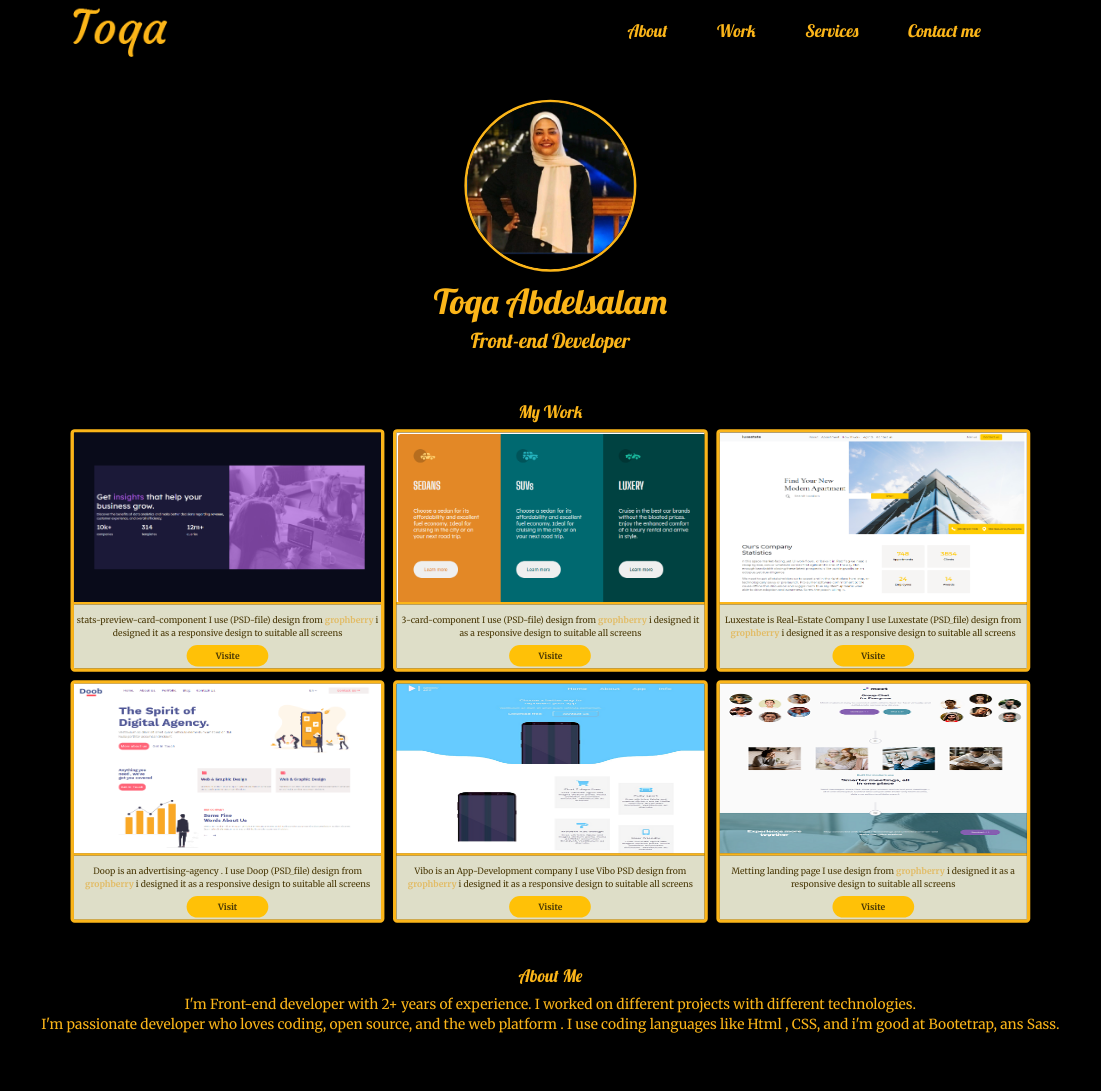
Repository: Toqa-25/portfolio
Page: index.html
The author's editor kept a copy of each file at every save. The page is drawn from the files as they stood at one save, then again after a run of saves.
The browser window is 1280 px wide. The pictures show the whole page, at 86% of full size.
The pointer rests on the first visible `.card img`.
Some web fonts or font styles are not loaded; a fallback is used.

Above is the page before, as saved 2021-10-31 14:53:13.

### index.html
<!DOCTYPE html>
<html lang="en">
<head>
    <meta charset="UTF-8">
    <meta http-equiv="X-UA-Compatible" content="IE=edge">
    <meta name="viewport" content="width=device-width, initial-scale=1.0">
    <title>Toqa Portfolio</title>
      <!-- bootstrap file -->
      <link rel="stylesheet" href="css/all.min.css">
      <link rel="stylesheet" href="css/bootstrap.css">
      <!-- css file -->
      <link rel="stylesheet" href="css/style.css">
      <!-- fonts -->
      <link rel="preconnect" href="https://fonts.googleapis.com">
<link rel="preconnect" href="https://fonts.gstatic.com" crossorigin>
<link href="https://fonts.googleapis.com/css2?family=Lobster&family=Otomanopee+One&display=swap" rel="stylesheet">
<link rel="preconnect" href="https://fonts.googleapis.com">
<link rel="preconnect" href="https://fonts.gstatic.com" crossorigin>
<link href="https://fonts.googleapis.com/css2?family=Merriweather:ital,wght@0,300;0,400;0,700;0,900;1,300;1,400;1,700;1,900&display=swap" rel="stylesheet">
<link rel="preconnect" href="https://fonts.googleapis.com">
<link rel="preconnect" href="https://fonts.gstatic.com" crossorigin>
<link href="https://fonts.googleapis.com/css2?family=Bebas+Neue&family=Oswald:wght@200;300;400;500;600;700&display=swap" rel="stylesheet">
</head>
<body>
    <header class="section">
       <nav class="container">
           <img src="images/logo.png" alt="logo">
       <ul class="list">
           <li>About</li>
           <li>Work</li>
           <li>Services</li>
           <li>Contact me</li>
           <!-- <li>Reviews</li> -->
       </ul>
       <div role="navigation">
      <svg xmlns="http://www.w3.org/2000/svg" width="35" height="35" fill="#fbb519" class="bi bi-list" viewBox="0 0 16 16">
        <path fill-rule="evenodd" d="M2.5 12a.5.5 0 0 1 .5-.5h10a.5.5 0 0 1 0 1H3a.5.5 0 0 1-.5-.5zm0-4a.5.5 0 0 1 .5-.5h10a.5.5 0 0 1 0 1H3a.5.5 0 0 1-.5-.5zm0-4a.5.5 0 0 1 .5-.5h10a.5.5 0 0 1 0 1H3a.5.5 0 0 1-.5-.5z"/>
      </svg>
      <ul class="hidden">
        <li>About</li>
        <li>Work</li>
        <li>Services</li>
        <li>Contact me</li>
        <!-- <li>Reviews</li> -->
      </ul>
      </div>
    </nav>

    </header>
    <div class="my-image section">
      <div class="quik  " role="main">
        <div>
        <img src="images/toqa.jpg" alt=""><br>
        <h1>Toqa Abdelsalam</h1>
        <h4>Front-end Developer</h4>
      </div>
      </div>
    </div>

      <section class="section container work">
      <h5>My Work</h5>
      <div class="card-groups">
      <div class="project card" role="menu">
        <img src="images/toqa-25.github.io_stats-preview-card-component-main_.png" alt="">
        <p>stats-preview-card-component
      I use  (PSD-file) design from <span> <a href="https://www.frontendmentor.io/">grophberry</a></span>
  i designed it as a responsive design to suitable all screens <br>
  <button><a href="https://toqa-25.github.io/stats-preview-card-component-main/">Visite</a></button>
 </p>
 </div>
      <div class="project card" role="menu">
        <img src="images/toqa-25.github.io_3-cards-component3_.png" alt="">
        <p>3-card-component
      I use (PSD-file) design from <span> <a href="https://www.frontendmentor.io/">grophberry</a></span>
  i designed it as a responsive design to suitable all screens <br>
  <button><a href="https://toqa-25.github.io/3-cards-component/">Visite</a></button>
 </p>
 </div>
      <div class="project card" role="menu">
          <img src="images/destop-luxestate - Copy (1).png" alt="">
          <p>Luxestate is Real-Estate Company
        I use Luxestate (PSD_file) design from <span> <a href="https://www.graphberry.com/">grophberry</a></span>
    i designed it as a responsive design to suitable all screens <br>
    <button><a href="https://toqa-25.github.io/luxstate-project-/">Visite</a></button>
   </p>
   </div>
      <div class="project card" role="menu">
          <img src="images/web_design.png" alt="">
          <p>Doop is an advertising-agency .
        I use Doop (PSD_file) design from <span> <a href="https://www.graphberry.com/">grophberry</a></span>
    i designed it as a responsive design to suitable all screens <br>
    <button><a href="https://toqa-25.github.io/simply-agency/">Visit </a></button>
   </p>
   </div>
      <div class="project card" role="menu">
        <img src="images/Vibo_App(desktop)_toqa-25.github.io2.png" alt="">
          <p>Vibo is an App-Development company
        I use Vibo PSD design from <span> <a href="https://www.graphberry.com/">grophberry</a></span>
    i designed it as a responsive design to suitable all screens <br>
    <button><a href="https://toqa-25.github.io/vibo-app/">Visite</a></button>
   </p>
   </div>
   <div class="project card" role="menu">
    <img src="images/toqa-25.github.io_landing-meeting-page_desktop.png" alt="">
    <p>Metting landing page
  I use  design from <span> <a href="https://www.frontendmentor.io/">grophberry</a></span>
i designed it as a responsive design to suitable all screens <br>
<button><a href="https://toqa-25.github.io/landing-meeting-page/">Visite</a></button>
</p>
</div>
   </div>
      </section>

      <section class="section about">

          <h5>About Me</h5>
      <p> I'm Front-end developer with 2+ years of experience. I worked on different projects with different technologies. <br>
       I'm passionate developer who loves coding, open source, and the web platform .
       I use coding languages like Html , CSS, and i'm good at Bootetrap, ans Sass. </p>
      </section>

</body>
</html>

### css/style.css
/* Root value */
:root{
    --main-color:#fbb519;
    --section-padding:50px;
}
/* global value */
*{
    box-sizing: border-box;
    margin: 0;
    padding: 0;

}

/* my  style */
body{
    font-family: 'Merriweather', serif;
    background-color: black;
    /* font-family: 'Otomanopee One', sans-serif; */
    /* font-family: 'Oswald', sans-serif; */
    color:var(--main-color)
}
.section{
    padding-bottom: var(--section-padding);
}
.container
{
  width: 100%;
  padding-right: 0.75rem;
  padding-left: 0.75rem;
  margin-right: auto;
  margin-left: auto;
}
 .section h5{
    text-align: center;
    font-family: 'Lobster';

 }

@media (min-width: 576px) {
 .container {
    max-width: 540px;
  }
}
@media (min-width: 768px) {
   .container {
    max-width: 720px;
  }
}
@media (min-width: 992px) {
   .container {
    max-width: 960px;
  }
}
@media (min-width: 1200px) {
 .container {
    max-width: 1140px;
  }
}
@media (min-width: 1400px) {
   .container {
    max-width: 1320px;
  }
}
 /* start header part */
 header{
    font-family: 'Lobster', cursive;

   /* background-image: url(../images/ferenc-almasi-eYpcLDXHVb0-unsplash.jpg);
   background-size: cover;*/
 }
 nav{
      display: flex;
    justify-content: space-between;
    align-items: center;
    /* background-color: black; */
 }
  nav img{
     margin-top:10px;
 }
 nav .list{
     width: 50%;
    margin-top:20px;
    list-style: none;
    color:var(--main-color);
    display: flex;
    justify-content: space-evenly;
    cursor: pointer;
    font-size: 20px;
 }
 nav .list li:hover{
  padding:5px;
  font-size: 30px;
 }
 @media (max-width: 768px){
  nav .list {
      display: none;
  }
  div{
      display: block;
      padding: 15px;
  }
  .quik h2{
    font-size: 20px;
    line-height: 2rem;
  }
  .quik img{
    width: 100px;
    height: 100px;
 }
}
 @media (min-width: 768px){
     nav div{
         display: none;

     }
 }
 div:hover  .hidden {
     display: block;
     color:var(--main-color);
     position: absolute;
     right: 44px;
     top: 37px;
     background-color: #f5f5dc91;
     list-style: none;
     border-radius: 8px;
     padding: 10px;

 }
 .hidden{
    display: none;

}
.hidden li:hover{
 padding: 5px;
 font-size: 25px;
}
 .quik{
    color: var(--main-color);
    text-align: center;
    /* background-image: url(../images/mohammad-rahmani-8qEB0fTe9Vw-unsplash.jpg); */
    height: 300px;
    display: flex;
    align-items: center;
    justify-content: center;
    /* font-family: 'Bebas Neue', cursive; */
     /* font-family: 'Oswald', sans-serif; */
     font-family: 'Lobster', cursive;


 }
 .quik img{
     width: 200px;
     height: 200px;
     border:3px solid;
     border-radius: 50%;
     -webkit-border-radius: 50%;
     -moz-border-radius: 50%;
     -ms-border-radius: 50%;
     -o-border-radius: 50%;
     margin-bottom: 10px;
}
 h2{
    color: #dad3d3;
    text-transform: uppercase;
    line-height: 3rem;
 }
 span{
     color:var(--main-color)
 }
 .card-groups{
     display: grid;
    grid-template-columns:repeat(auto-fit, minmax(300px, 1fr));
    gap:10px;
 }
 .work h5{
    text-align: center;
    font-family: 'Lobster';
 }
.card {
    width: 100%;
    height: 100%;
    position: relative;
    display: flex;
    flex-direction: column;
    min-width: 0;
    word-wrap: break-word;
    background-color: black;
    background-clip: border-box;
    border: 4px solid var(--main-color);
    border-radius: 0.3rem;
}

.card img{
    width:100%;
    height: 200px;
    border-bottom: 3px solid;
}
.card img:hover{
   transform: ;
   -webkit-transform:;
   -moz-transform:;
   -ms-transform:;
   -o-transform:;
}
.card p{
    margin-bottom: 1rem;
    background-color: black;
    font-size: 10px;
    padding: 2px;
    margin: 0px;
    margin-top: 0px;
    width: 100%;
    height: 100%;
    text-align: center;
    color:#483705;
    background-color: #f5f5dce8;
    padding-top: 10px;

}
.card p a{
    text-decoration: none;
    color: #e2bc66;
    font-weight: bolder;
}
.card p:hover{

}

.card button{
    width: 95px;
    text-align: center;
    background-color: #ffc107;
    border: none;
    border-radius: 15px;
    padding: 5px;
    margin-top: 7px;
}
.card button:hover{
    width:120px;
    padding: 10px;
}
.card button a{
    text-decoration: none;
    color: #483705;
}

.about{
    text-align: center;

}

Loaded but not shown: css/all.min.css (library); css/bootstrap.css (library)

After the next 2 saves:
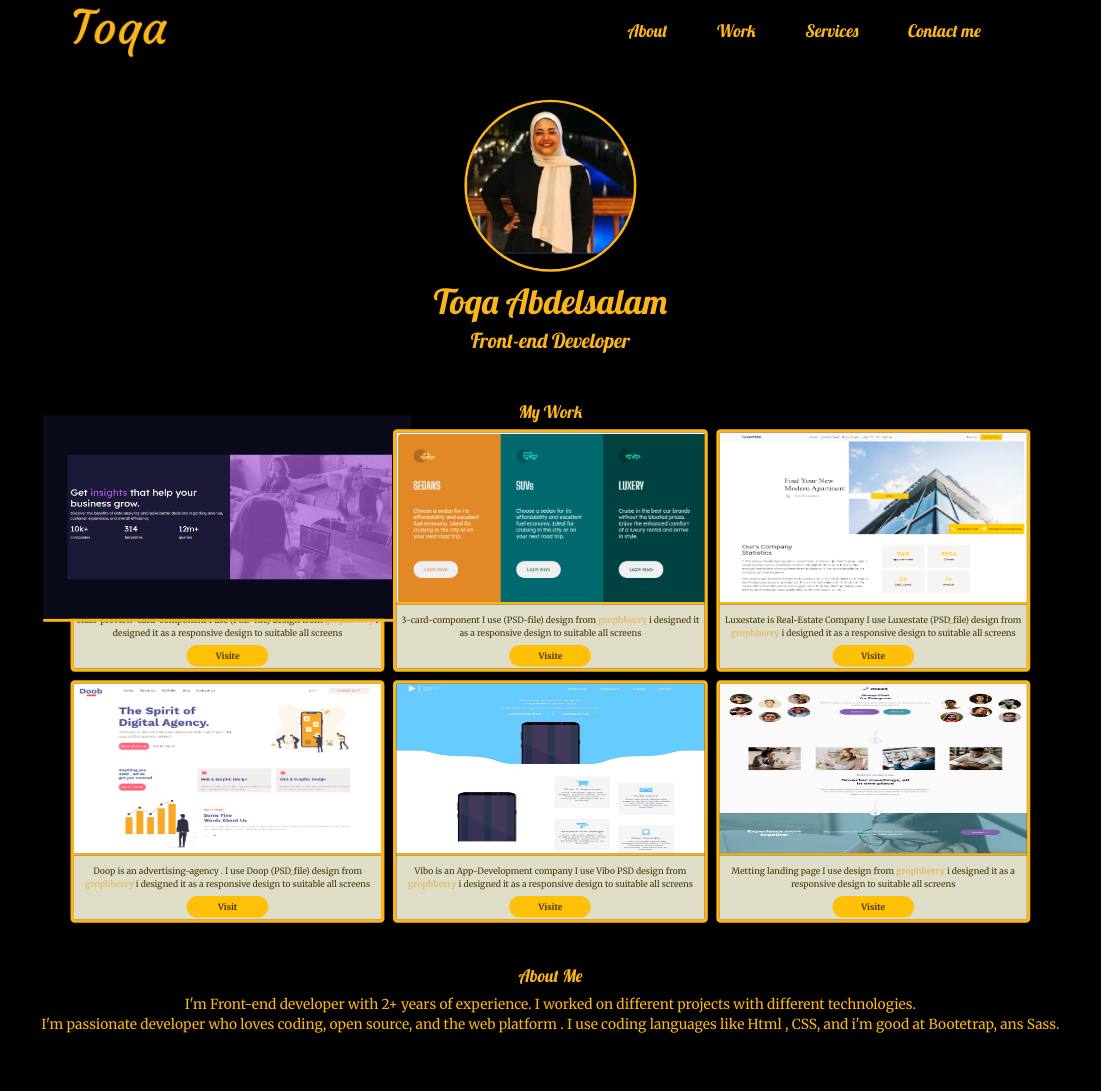
The 2 saves are shown as one change because they came seconds apart.
The last was saved 8 s later.
--- a/css/style.css
+++ b/css/style.css
@@ -196,11 +196,11 @@ body{
     border-bottom: 3px solid;
 }
 .card img:hover{
-   transform: ;
-   -webkit-transform:;
-   -moz-transform:;
-   -ms-transform:;
-   -o-transform:;
+   transform: scale(1.2);
+   -webkit-transform: scale(1.2);
+   -moz-transform: scale(1.2);
+   -ms-transform: scale(1.2);
+   -o-transform: scale(1.2);
 }
 .card p{
     margin-bottom: 1rem;
